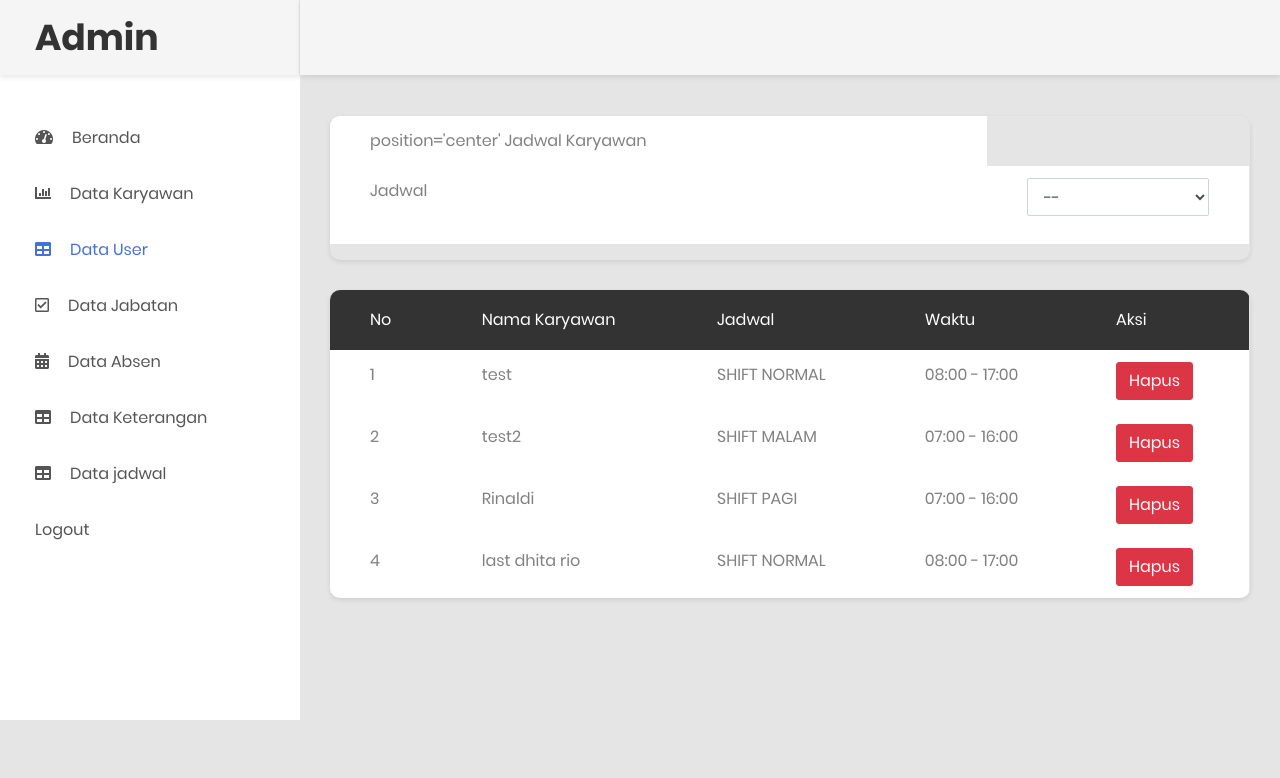
Repository: naldi23bob/Absen2
Page: http://localhost/datajadwal.php
These files come from the project's save history. The page is drawn as it stood at one moment and after the next save; the edit follows.
The browser window is 1280 px wide. The pictures show the whole page.
The page is run by PHP 8.4 with error messages shown; the project is at /var/www/html/. The session is filled in as if someone had signed in: {"idsi": 2, "namasi": "admin", "ttlsi": 1, "jenkelsi": 1, "agamasi": 1, "alamatsi": 1, "teleponsi": 1, "jabatansi": 1, "schedulesi": 1, "fotosi": 1, "username": "admin"}. The database holds what the project's SQL file puts in it.

Above is the page before, as saved 2023-07-23 16:15:06.

After the next save:
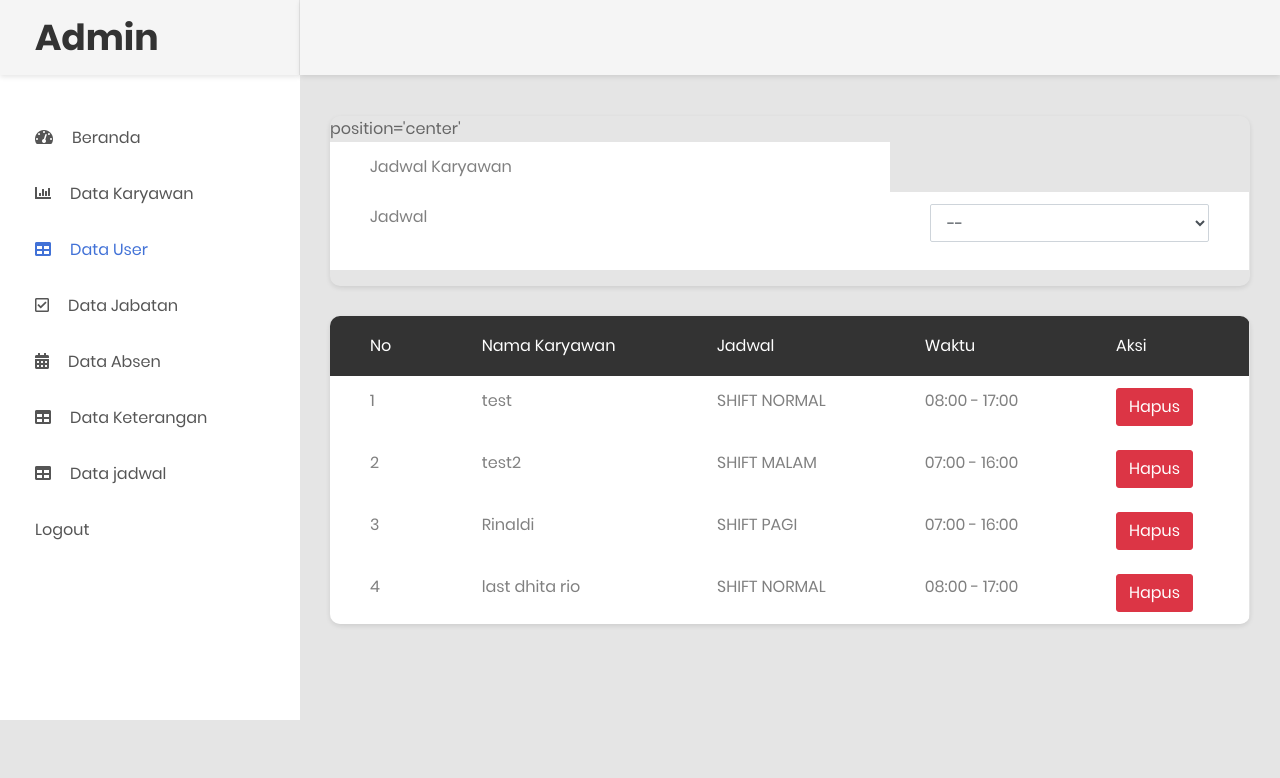
Saved 43 s later.
--- a/datajadwal.php
+++ b/datajadwal.php
@@ -193,7 +193,7 @@ error_reporting(0);
                             <form action="admin/admin_save.php" method="post">
                                 <div class="form-group">
                                 <table class="table table-borderless table-striped table-earning" >
-                                        <td>position='center' Jadwal Karyawan </td>
+                                        position='center' <td>Jadwal Karyawan </td>
                                         </td>
                                         </td>
                                         <tbody>
